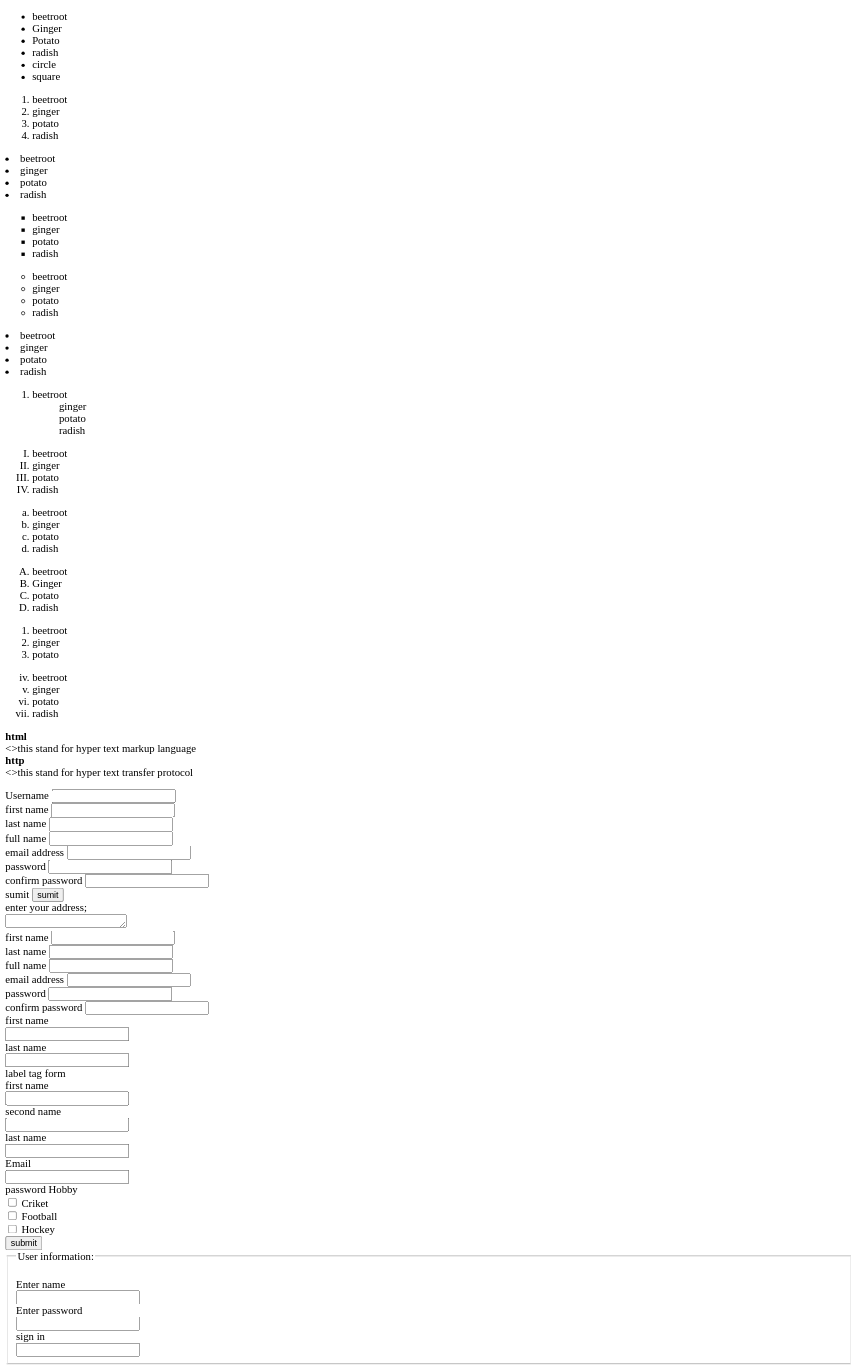
Repository: Achuut/first-code-lessons
Page: Achut.HTML
An editor plug-in stored every save of this project. The page is shown before and after a run of saves, followed by the edit.
The browser window is 1280 px wide. The pictures show the whole page, at 67% of full size.

Above is the page before, as saved 2023-03-10 11:36:40.

After the next 4 saves:
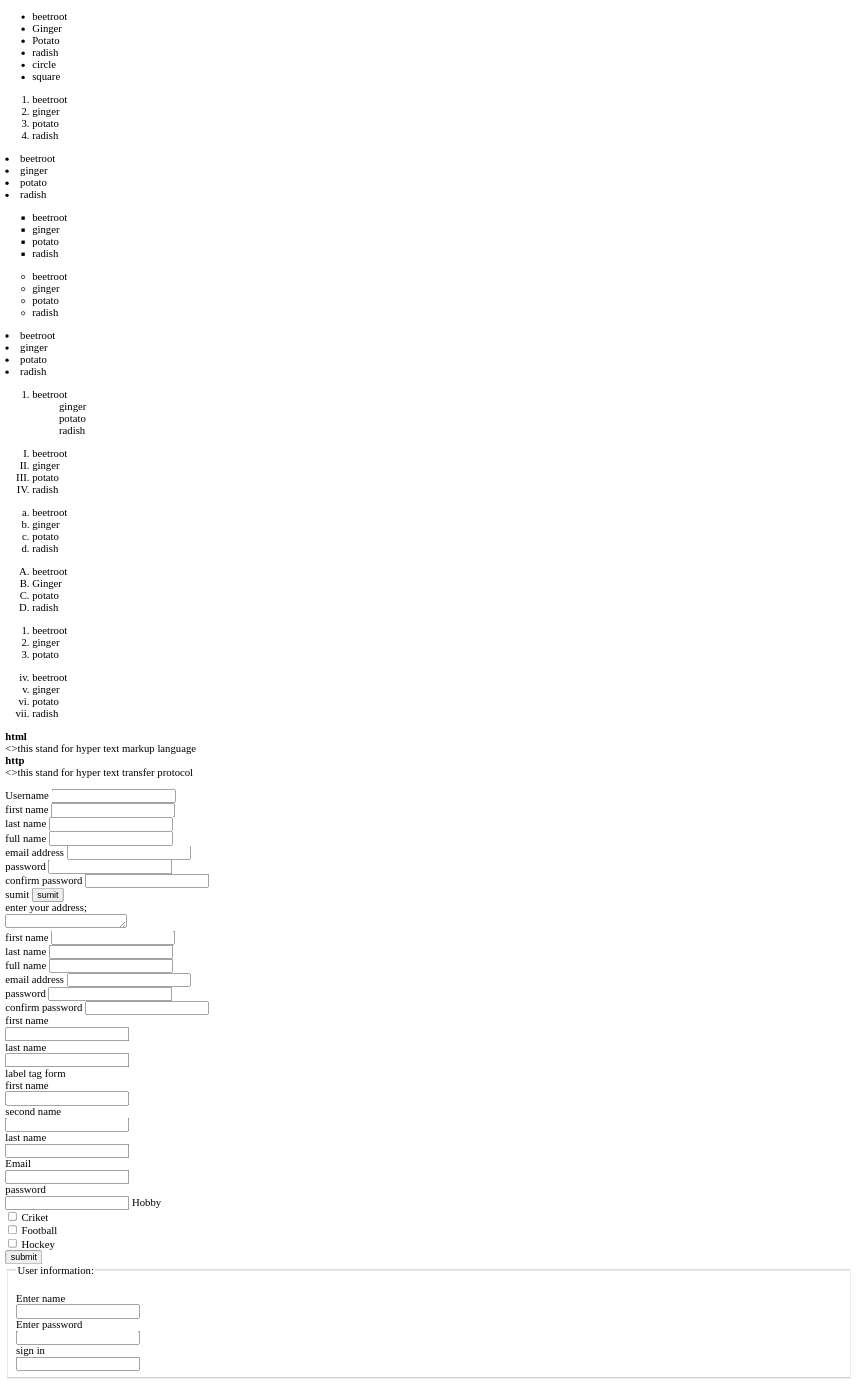
The 4 saves are shown as one change because they came seconds apart.
The last was saved 38 s later.
--- a/Achut.HTML
+++ b/Achut.HTML
@@ -132,7 +132,8 @@
     <input type="text" id="last name" name="second name"><br>
     <label for="Email"> Email</label><br>
     <input type="text" id="email" name="email"><br>
-    <label for="password"> password</label>
+    <label for="password"> password</label><br>
+    <input type="text">
     Hobby <br>
     <input type="checkbox" id="Criket" name="Criket" value="Criket">
     <label for="Criket"> Criket</label><br>
